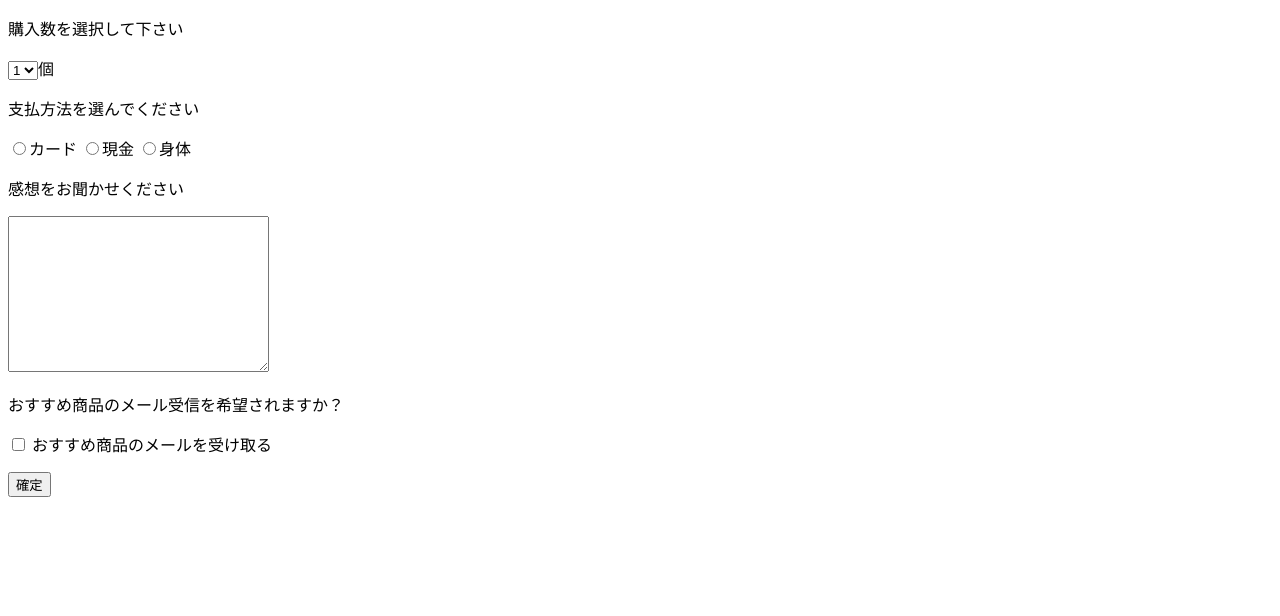
Repository: jp-debug-code/Java-servlet-test
Page: servlet/src/main/webapp/chapter5/request.html
An editor plug-in stored every save of this project. The page is shown before and after the next save, followed by the edit.
The browser window is 1280 px wide. The pictures show the whole page.

Above is the page before, as saved 2023-10-31 12:27:45.

### servlet/src/main/webapp/chapter5/request.html
<!DOCTYPE html>
<html lang="en">
<head>
    <meta charset="UTF-8">
    <meta name="viewport" content="width=device-width, initial-scale=1.0">
    <title>Document</title>
</head>
<body>
    <p>購入数を選択して下さい</p>
    <form action="request" method="post">

        <select name="select" id="select">
        <option value="1">1</option>
        <option value="2">2</option>
        <option value="3">3</option>

    </select>個
    <p>支払方法を選んでください</p>
    <label for="card">
    <input type="radio" name="payment" id="card" value="card">カード
</label>
<label for="payment">
    <input type="radio" name="payment" id="payment" value="payment">現金
</label>
<label for="body">
    <input type="radio" name="payment"  id="body" value="body">身体
</label>
<p>感想をお聞かせください</p>
<textarea name="textarea" id="textarea" cols="30" rows="10"></textarea>
<p>おすすめ商品のメール受信を希望されますか？</p>
<label for="check">
<input type="checkbox" id="check" name="check"> おすすめ商品のメールを受け取る
</label>
<p></p>

<input type="submit" value="確定">
</form>

</body>
</html>

After the next save:
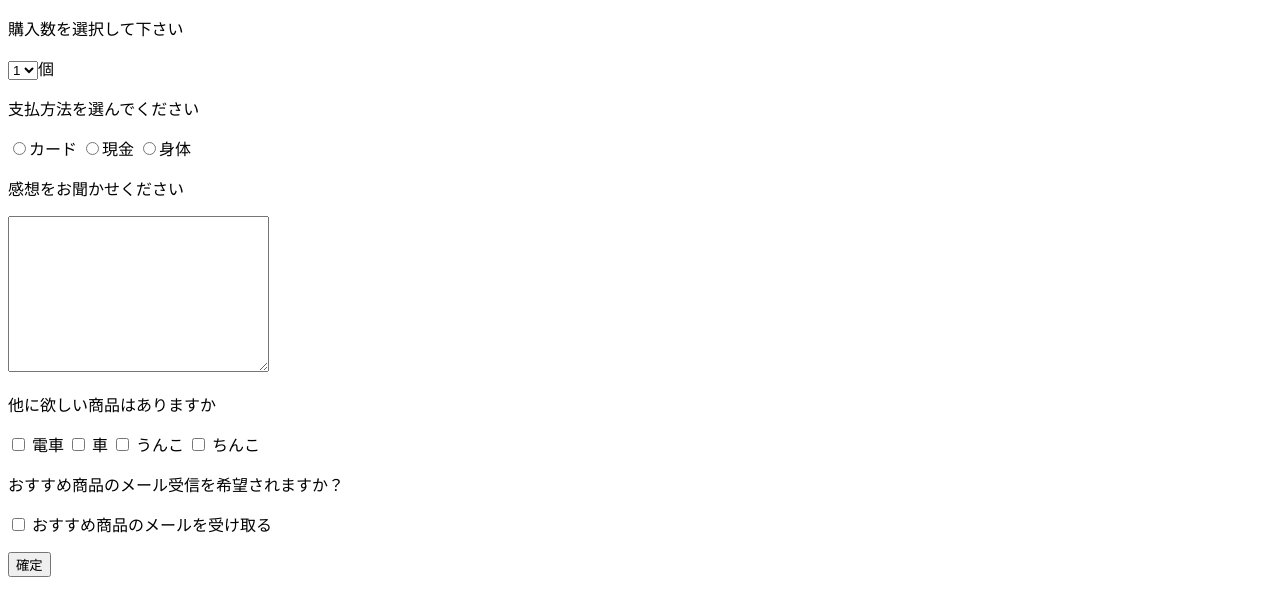
Saved 2 min 35 s later.
--- a/servlet/src/main/webapp/chapter5/request.html
+++ b/servlet/src/main/webapp/chapter5/request.html
@@ -27,6 +27,14 @@
 </label>
 <p>感想をお聞かせください</p>
 <textarea name="textarea" id="textarea" cols="30" rows="10"></textarea>
+<p>他に欲しい商品はありますか</p>
+<label for="want">
+<input type="checkbox" id="want" name="want-box"> 電車
+<input type="checkbox" id="want" name="want-box"> 車
+<input type="checkbox" id="want" name="want-box"> うんこ
+<input type="checkbox" id="want" name="want-box"> ちんこ
+</label>
+
 <p>おすすめ商品のメール受信を希望されますか？</p>
 <label for="check">
 <input type="checkbox" id="check" name="check"> おすすめ商品のメールを受け取る
